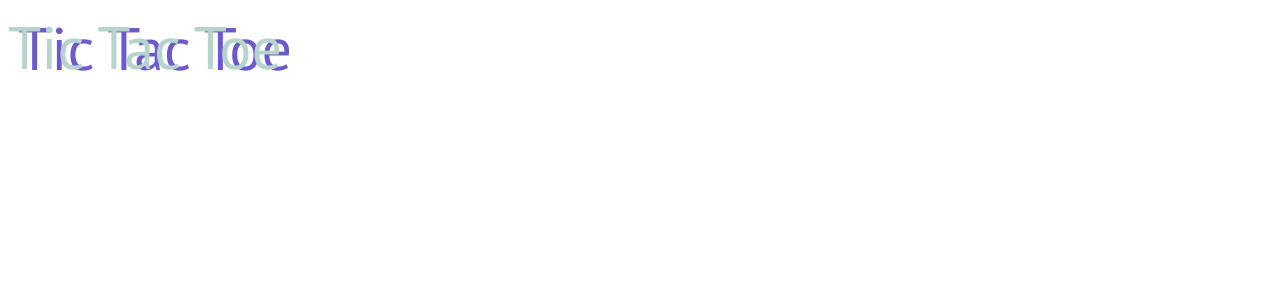
Repository: chin9/TicTacToe
Page: index.html
An editor plug-in stored every save of this project. The page is shown before and after the next save, followed by the edit.
The browser window is 1280 px wide. The pictures show the whole page.

Above is the page before, as saved 2021-05-12 13:36:57.

After the next save:
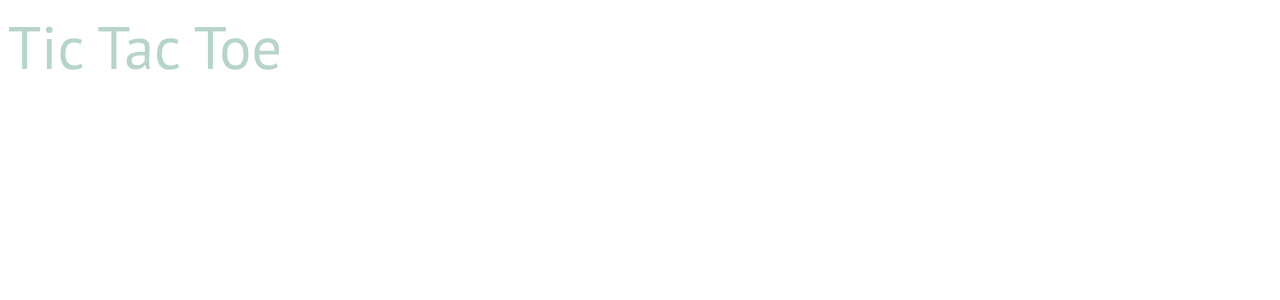
Saved 8 s later.
--- a/style.css
+++ b/style.css
@@ -4,6 +4,6 @@ header{
     font-family: 'PT Sans', sans-serif;
     font-size: 60px;
     color: rgb(182, 212, 203);
-    text-shadow: 10px 1px slateblue;
+    text-shadow: 5px slateblue;
 
 }
